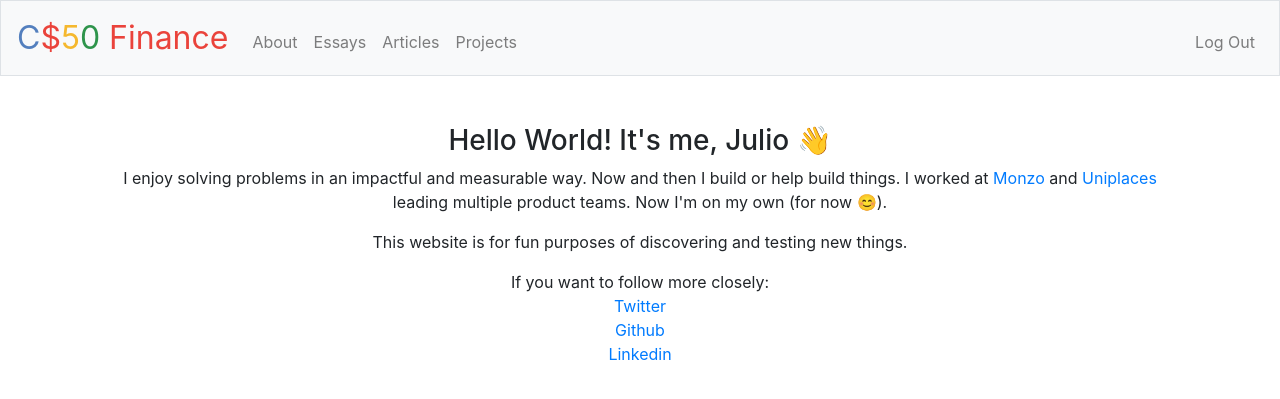
Repository: jpl0pes/cs50problems
Page: http://localhost/
The author's editor kept a record of every edit. The page is drawn from the files as they stood at one moment, then again after the next edit.
The browser window is 1280 px wide. The pictures show the whole page.
The page is served by the project's application, run on Flask 3 (final_project/application.py). Other server files are loaded and not shown.

Above is the page before.

### final_project/templates/index.html
{% extends "layout.html" %}

{% block title %}
    Index
{% endblock %}

{% block main %}

    <table class="table table-striped" style="text-align: left;">
        <thead>

        </thead>
        <tfoot>
        </tfoot>
        <tbody>
            <h3>Hello World! It's me, Julio 👋 </h3>
            <p>
                I enjoy solving problems in an impactful and measurable way. Now and then I build or help build things.
                I worked at <a href="https://monzo.com/">Monzo</a> and <a href="https://uniplaces.com/">Uniplaces</a>
                leading multiple product teams. Now I'm on my own (for now 😊).
            </p>
            <p>
                This website is for fun purposes of discovering and testing new things.
            </p>
            <p>If you want to follow more closely:<br>
            <a href="https://twitter.com/jpl0pes">Twitter</a><br>
            <a href="https://github.com/jpl0pes">Github</a><br>
            <a href="https://www.linkedin.com/in/juliolopes/">Linkedin</a></p>


        </tbody>
    </table>
{% endblock %}

### final_project/templates/layout.html
<!DOCTYPE html>

<html lang="en">

    <head>

        <!-- Required meta tags -->
        <meta charset="utf-8">
        <meta name="viewport" content="width=device-width, initial-scale=1, shrink-to-fit=no">

        <!-- documentation at http://getbootstrap.com/docs/4.1/, alternative themes at https://bootswatch.com/ -->
        <link href="https://maxcdn.bootstrapcdn.com/bootstrap/4.1.3/css/bootstrap.min.css" rel="stylesheet">

        <!-- https://favicon.io/emoji-favicons/money-mouth-face/ -->
        <link href="/static/favicon.ico" rel="icon">

        <link href="/static/styles.css" rel="stylesheet">

        <script src="https://code.jquery.com/jquery-3.3.1.min.js"></script>
        <script src="https://cdnjs.cloudflare.com/ajax/libs/popper.js/1.14.3/umd/popper.min.js"></script>
        <script src="https://maxcdn.bootstrapcdn.com/bootstrap/4.1.3/js/bootstrap.min.js"></script>

        <title>C$50 Finance: {% block title %}{% endblock %}</title>

    </head>

    <body>

        <nav class="navbar navbar-expand-md navbar-light bg-light border">
            <a class="navbar-brand" href="/"><span class="blue">C</span><span class="red">$</span><span class="yellow">5</span><span class="green">0</span> <span class="red">Finance</span></a>
            <button aria-controls="navbar" aria-expanded="false" aria-label="Toggle navigation" class="navbar-toggler" data-target="#navbar" data-toggle="collapse" type="button">
                <span class="navbar-toggler-icon"></span>
            </button>
            <div class="collapse navbar-collapse" id="navbar">
                    <ul class="navbar-nav mr-auto mt-2">
                        <li class="nav-item"><a class="nav-link" href="/about">About</a></li>
                        <li class="nav-item"><a class="nav-link" href="/essays">Essays</a></li>
                        <li class="nav-item"><a class="nav-link" href="/articles">Articles</a></li>
                        <li class="nav-item"><a class="nav-link" href="/projects">Projects</a></li>
                    </ul>
                    <ul class="navbar-nav ml-auto mt-2">
                        <li class="nav-item"><a class="nav-link" href="/logout">Log Out</a></li>
                    </ul>
            </div>
        </nav>
        <main class="container p-5">
            {% block main %}{% endblock %}
        </main>

        <footer class="small text-center text-muted">
        </footer>

    </body>

</html>

### final_project/application.py
import os

from cs50 import SQL
from flask import Flask, flash, jsonify, redirect, render_template, request, session
from flask_session import Session
from tempfile import mkdtemp
from werkzeug.exceptions import default_exceptions, HTTPException, InternalServerError

from api_helper import pocket_articles

# Configure application
app = Flask(__name__)

# Ensure templates are auto-reloaded
app.config["TEMPLATES_AUTO_RELOAD"] = True

# Ensure responses aren't cached
@app.after_request
def after_request(response):
    response.headers["Cache-Control"] = "no-cache, no-store, must-revalidate"
    response.headers["Expires"] = 0
    response.headers["Pragma"] = "no-cache"
    return response

# Configure session to use filesystem (instead of signed cookies)
app.config["SESSION_FILE_DIR"] = mkdtemp()
app.config["SESSION_PERMANENT"] = False
app.config["SESSION_TYPE"] = "filesystem"
Session(app)


@app.route("/", methods=["GET","POST"])
def index():
    return render_template("index.html")

@app.route("/essays", methods=["GET","POST"])
def essays():
    return render_template("essays.html")

##I'm just going to use Google Docs and then publish them via HTML on the website manually.
##If I start to get a bit more articles I can create a sort of CMS in which I can fetch the articles from there.

##ALL ARTICLES:

@app.route("/essays/london_tube", methods=["GET","POST"])
def london_tube():
    return render_template("essays/london_tube.html")

@app.route("/essays/disagree_commit", methods=["GET","POST"])
def disagree_commit():
    return render_template("essays/disagree_commit.html")

@app.route("/essays/culture_sapiens", methods=["GET","POST"])
def culture_sapiens():
    return render_template("essays/culture_sapiens.html")


@app.route("/articles", methods=["GET","POST"])
def articles():
    articles = pocket_articles()
    print(pocket_articles)
    return render_template("articles.html", articles=articles)


##Develop API to fetch favorite articles from pocket.

@app.route("/projects", methods=["GET","POST"])
def projects():
    return render_template("projects.html")

##A list of multiple pages that have all the projects that I've worked on.


def errorhandler(e):
    """Handle error"""
    if not isinstance(e, HTTPException):
        e = InternalServerError()
    return print(e.name, e.code)


# Listen for errors
for code in default_exceptions:
    app.errorhandler(code)(errorhandler)

Loaded but not shown: final_project/static/styles.css (common file)

After the next edit:
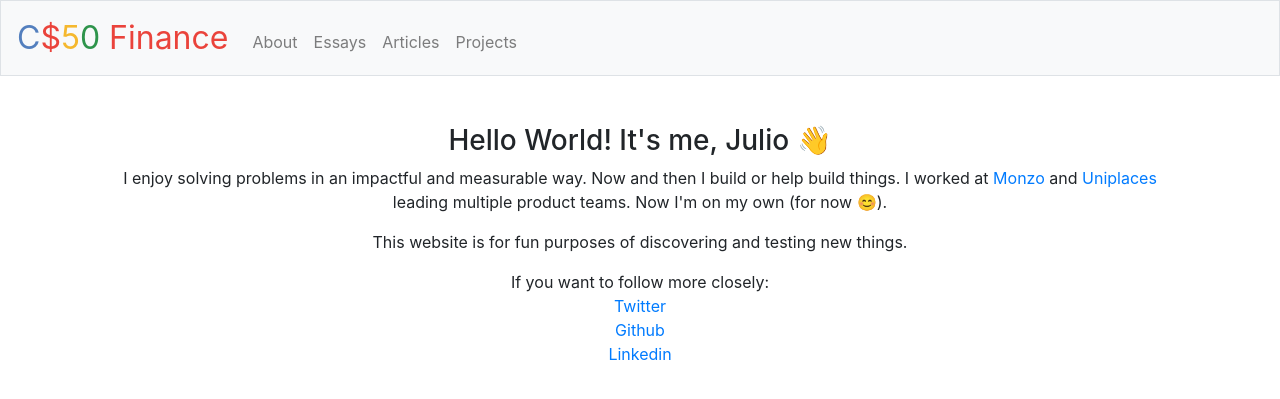
The edit:
--- a/final_project/templates/layout.html
+++ b/final_project/templates/layout.html
@@ -38,10 +38,6 @@
                         <li class="nav-item"><a class="nav-link" href="/articles">Articles</a></li>
                         <li class="nav-item"><a class="nav-link" href="/projects">Projects</a></li>
                     </ul>
-                    <ul class="navbar-nav ml-auto mt-2">
-                        <li class="nav-item"><a class="nav-link" href="/logout">Log Out</a></li>
-                    </ul>
-            </div>
         </nav>
         <main class="container p-5">
             {% block main %}{% endblock %}
